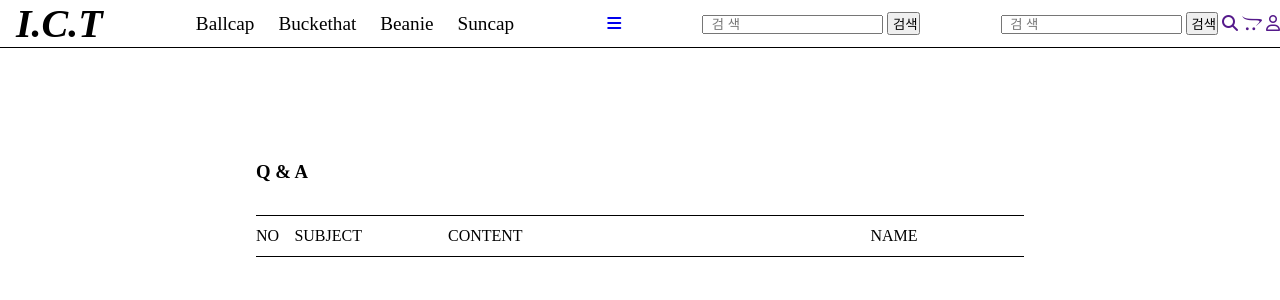
Repository: Developer120000/project1
Page: http://localhost/project1/productpage/q_a.jsp
The author's editor kept a copy of each file at every save. The page is drawn from the files as they stood at one save, then again after the next save.
The browser window is 1280 px wide. The pictures show the whole page.
Some web libraries are served in a nearby version. The page is served by Tomcat 9.

Above is the page before, as saved 2024-03-19 09:00:13.
Console error: SyntaxError: Identifier 'hamburger' has already been declared

### project1/src/main/webapp/productpage/q_a.jsp
<%@ page language="java" contentType="text/html; charset=UTF-8"
    pageEncoding="UTF-8"%>
<!DOCTYPE html>
<html>
<head>
<meta charset="UTF-8">
<meta name="viewport" content="width=device-width, initial-scale=1">
<title>payment</title>
<%@ include file="header.jsp" %>
<link rel="stylesheet" href="../css/header.css">
<script src="../js/header.js" defer></script>
<link rel="stylesheet" href="../css/q_a.css">
</head>
<body>
	<div class="qcontainer">
		<div class="qwrapper">
			<h3 class="qtitle">Q & A</h3>
			<ul class="qau">
				<li class="qal">NO</li>
				<li class="qal">SUBJECT</li>
				<li class="qal">CONTENT</li>
				<li class="qal">NAME</li>
			</ul>
		</div>
	</div>
</body>
</html>

### project1/src/main/webapp/productpage/header.jsp
<%@ page language="java" contentType="text/html; charset=UTF-8"
    pageEncoding="UTF-8"%>
<!DOCTYPE html>
<html>
<head>
<meta charset="UTF-8">
<meta name="viewport" content="width=device-width, initial-scale=1.0">
<title>I.C.T</title>
<script src="https://kit.fontawesome.com/80123590ac.js" crossorigin="anonymous"></script>
<link rel="stylesheet" href="../css/header.css">
<script src="../js/header.js" defer></script>
<!-- <script defer src="js 파일 위치"></script> -->
</head>
<body>
	<header id="header">
		<div class="wrapper">
			<p class="title">
				<a href="">I.C.T</a>
			</p>
			<ul class="category">
				<li><a href="">Ballcap</a></li>
				<li><a href="">Buckethat</a></li>
				<li><a href="">Beanie</a></li>
				<li><a href="">Suncap</a></li>
			</ul>
			<a href="#" class="hamburger">
				<i class="fa-solid fa-bars"></i>
			</a>
			<form class="item2" onsubmit="return false">
				<input type="text" class="searchbar2" type="text" placeholder="&nbsp;&nbsp;검 색">
				<button class="res2">&nbsp;검색</button>
			</form>
			<form class="item" onsubmit="return false">
				<input type="text" class="searchbar1" type="text" placeholder="&nbsp;&nbsp;검 색">
				<button class="res1">&nbsp;검색</button>
				<a href="" class="b1 a1"><i class="fa-solid fa-magnifying-glass"></i></a>
				<a href="" class="b2 a1"><i class="fa-brands fa-opencart"></i></a>
<!-- 				<i class="fa-solid fa-cart-shopping"></i> -->
				<a href="" class="b3 a1"><i class="fa-regular fa-user"></i></a>
			</form>
		</div>
	</header>

</body>
</html>

### project1/src/main/webapp/css/header.css
@charset "UTF-8";
*{margin: 0px; }
#header{

/* 	height: 4.06rem; */
}
.wrapper{
	width: 100%;
	position: fixed;
	display: flex;
	justify-content: space-between;
	align-items: center;
	background-color: white;
	border-bottom: 1px solid black;
	z-index: 5;
}
.title a{
	text-decoration: none;
	font-size: 2.5rem;
	font-weight: bold;
	margin-left: 1rem;
	color: black;
	font-style: italic;
	display: inline-block;
}
.category{
	display: flex;
/* 	margin-right: 50%; */
	list-style: none;
}
.category li{
	padding: 8px 12px;
}
li a{
/* 	margin-right: 1.0rem; */
	font-size: 1.2rem;
	text-decoration: none;
}
li a:visited {color: black;}
li a:hover {text-decoration: underline;}

.search{
	display: flex;
	padding-left: 0;

/* 	width: 60%; */
/* 	text-align: right; */
}
.searchbar{
/* 	width: 30%; */
/* 	margin-right: 5px;  */
	padding: 5px;
}
.a1{
/* 	margin-right: 10%; */
}
.icon{display: none;}


@media screen and (max-width:600px){
	.wrapper{
		flex-direction: column;
		align-items: flex-start;
		padding: 8px 24px;
	}
	.category{
		display: none;
		flex-direction: column;
		align-items: center;
		width: 100%;
	}
	.category li a{
		width: 100%;
		text-align: center;
	}
	.search{
		display: none;
		justify-content: center;
		width: 100%;
	}
	.icon{
		display: block;
	}
}

@media screen and (max-width:1138px){


}


@media screen and (max-width:800px){


}

/* 1015px 이하 - suncap 사라짐 */
@media screen and (max-width:590px){

	.header_second #s4{display: none;}
}

### project1/src/main/webapp/css/q_a.css
@charset "UTF-8";
*{margin: 0px; padding: 0px; box-sizing: border-box;}

.qcontainer{
	padding-top: 4.06rem;
	width: 100%;
}
.qwrapper{
	display: flex;
	justify-content: center;
	flex-direction: column;
	align-items: center;
	width: 100%;
}
.qau{
	width: 60%;
	display: grid;
	grid-template-columns: 5% 20% 55% 20%;
	list-style: none;
/* 	border-top: 1px solid black; */
	border-bottom: 1px solid black;
	padding: 0.7rem 0;

}
.qtitle{
	width: 60%;
	margin-top: 6rem;
	padding-bottom: 2rem;
	border-bottom: 1px solid black;
}
.q1{
	text-align: center;
}
.qwrite{
	width: 80%;
	height: 1.9rem;
	display: flex;
    justify-content: flex-end;
    margin: 2rem 0;
}
.qwrite1{
	min-width: 8rem;
	height: 100%;
	background-color: black;
	color: white;
	border: none;
	cursor: pointer;
}

### project1/src/main/webapp/js/header.js
const hamburger = document.querySelector('.hamburger');
const category = document.querySelector('.category');

hamburger.addEventListener('click', () => {
    category.classList.toggle('active');
})

document.addEventListener('click', (e) => {
    if (!category.contains(e.target) && !hamburger.contains(e.target)) {
        category.classList.remove('active');
    }
})


const b1 = document.querySelector('.b1');
const searchbar2 = document.querySelector('.searchbar2');
const res2 = document.querySelector('.res2');

b1.addEventListener('click', (e) => {
	e.preventDefault();
//	e.stopPropagation();
    searchbar2.classList.toggle('active');
    res2.classList.toggle('active');
})

document.addEventListener('click', (e) => {
    if (!searchbar2.contains(e.target) && !res2.contains(e.target) && !b1.contains(e.target)) {
        searchbar2.classList.remove('active');
    }
})

document.addEventListener('click', (e) => {
    if (!res2.contains(e.target) && !searchbar2.contains(e.target) && !b1.contains(e.target)) {
        res2.classList.remove('active');
    }
})


//const b2 = document.querySelector('.b2');
//const b3 = document.querySelector('.b3');
//
//hamburger.addEventListener('click', () => {
//    b2.classList.toggle('active');
//    b3.classList.toggle('active');
//})
//
//document.addEventListener('click', (e) => {
//    if (!hamburger.contains(e.target) && !b2.contains(e.target) && !b3.contains(e.target) && !category.contains(e.target)) {
//		category.classList.remove('active');
//        b2.classList.toggle('active');
//    	b3.classList.toggle('active');
//    }
//})

After the next save:
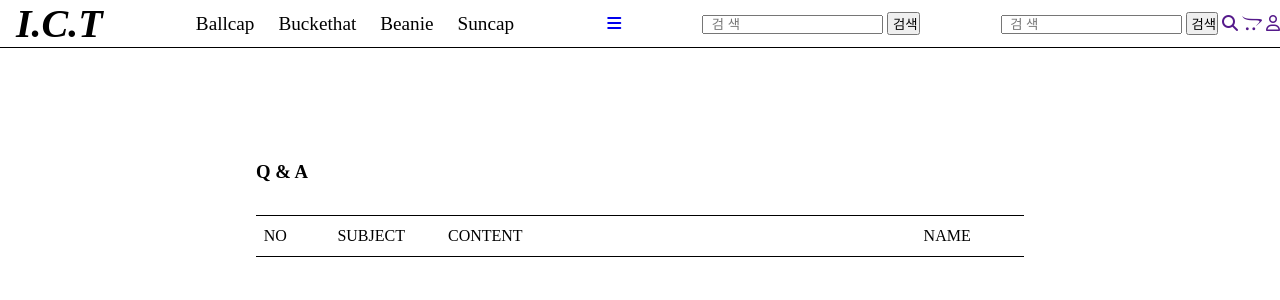
Saved 6 min 54 s later.
--- a/project1/src/main/webapp/productpage/q_a.jsp
+++ b/project1/src/main/webapp/productpage/q_a.jsp
@@ -16,10 +16,10 @@
 		<div class="qwrapper">
 			<h3 class="qtitle">Q & A</h3>
 			<ul class="qau">
-				<li class="qal">NO</li>
-				<li class="qal">SUBJECT</li>
-				<li class="qal">CONTENT</li>
-				<li class="qal">NAME</li>
+				<li class="qal q1">NO</li>
+				<li class="qal q1">SUBJECT</li>
+				<li class="qal q2">CONTENT</li>
+				<li class="qal q1">NAME</li>
 			</ul>
 		</div>
 	</div>
